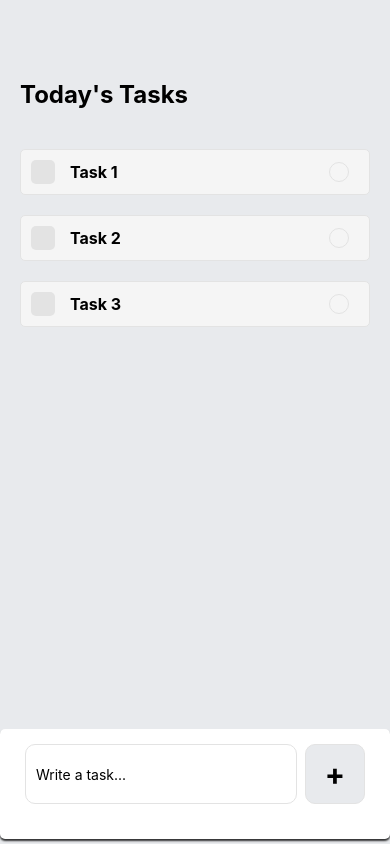
Repository: lomelo-x/ToDo-App
Screen: /
The author's editor kept a copy of each file at every save. The screen is drawn from the files as they stood at one save, then again after a run of saves.
The app was drawn by React Native's web renderer in a window 390 px wide. The project was rebuilt for these pictures with package versions that can differ from the ones it lists, and the page was loaded fresh each time.

Above is the screen before, as saved 2022-06-17 21:34:15.

### App.js
import { StatusBar } from 'expo-status-bar';
import { StyleSheet, Text, View, KeyboardAvoidingView, Platform, TextInput, TouchableOpacity } from 'react-native';
import Task from './components/Task';

export default function App() {
	return (
		<View style={styles.container}>
			<View style={styles.todoContainer}>
				<Text style={styles.sectionTitle}>Today's Tasks</Text>
				<View style={styles.itemsContainer}>
					<Task text={'Task 1'} />
					<Task text={'Task 2'}/>
					<Task text={'Task 3'}/>
				</View>
			</View>
			<KeyboardAvoidingView
			behavior={Platform.OS === 'ios' ? 'padding' : "height" }
			style={styles.writeTaskContainer}>
				<TextInput style={styles.writeTaskInput} placeholder="Write a task..." />
				<TouchableOpacity>
					<View style={styles.addTaskButton}>
						<Text style={styles.addTaskButtonText}>+</Text>
					</View>
				</TouchableOpacity>
			</KeyboardAvoidingView>
		</View>
	);
}

const styles = StyleSheet.create({
	container: {
		flex: 1,
		backgroundColor: '#E8EAED',
	},
	todoContainer: {
		paddingTop: 80,
		paddingHorizontal: 20,
	},
	sectionTitle: {
		fontSize: 24,
		fontWeight: 'bold',
		marginBottom: 20,
	},
	itemsContainer: {
		marginTop: 20,
	},
	writeTaskContainer: {
		position: 'absolute',
		bottom: 5,
		width: '100%',
		flexDirection: 'row',
		alignItems: 'center',
		justifyContent: 'space-between',
		paddingHorizontal: 25,
		paddingVertical: 15,
		backgroundColor: '#fff',
		borderRadius: 5,
		shadowColor: '#000',
		shadowOffset: { width: 0, height: 2 },
		shadowOpacity: 0.8,
		shadowRadius: 2,
		elevation: 1,
		marginTop: 20,
	},
writeTaskInput: {
		borderWidth: 1,
		borderColor: '#e3e3e3',
		borderRadius: 10,
		padding: 10,
		marginBottom: 20,
		width: '80%',
		height: 60,
	},
addTaskButton: {
		backgroundColor: '#E8EAED',
		borderRadius: 10,
		borderWidth: 1,
		borderColor: '#e3e3e3',
		marginBottom: 20,
		width: 60,
		height: 60,
		alignItems: 'center',
		justifyContent: 'center',
	},
addTaskButtonText: {
		fontSize: 30,
		textAlign: 'center',
		fontWeight: 'bold',
	},
});

### components/Task.js
import React from 'react';
import { View, Text, StyleSheet, TouchableOpacity } from 'react-native';

const Task = ({ text }) => {
	return (
		<View style={styles.taskContainer}>
			<View style={styles.taskLeft}>
				<TouchableOpacity style={styles.square}></TouchableOpacity>
				<Text style={styles.taskText}>{text}</Text>
			</View>
			<View style={styles.taskRight}></View>
		</View>
	);
};

const styles = StyleSheet.create({
	taskContainer: {
		backgroundColor: '#f5f5f5',
		padding: 10,
		marginBottom: 10,
		borderRadius: 5,
		borderWidth: 1,
		borderColor: '#e3e3e3',
		flexDirection: 'row',
		alignItems: 'center',
		justifyContent: 'space-between',
		marginBottom: 20,
	},
	taskText: {
		fontSize: 16,
		fontWeight: 'bold',
	},
	taskLeft: {
		flexDirection: 'row',
		alignItems: 'center',
		flexWrap: 'wrap',
		maxWidth: '80%',
	},
	taskRight: {
		width: 20,
		height: 20,
		borderRadius: 50,
		borderColor: '#e3e3e3',
		borderWidth: 1,
		marginRight: 10,
	},
	square: {
		width: 24,
		height: 24,
		backgroundColor: '#e3e3e3',
		borderRadius: 5,
		marginRight: 15,
	},
});

export default Task;

After the next 2 saves:
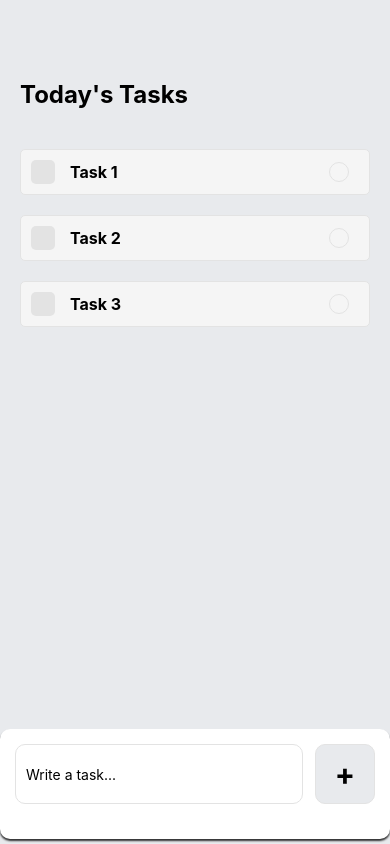
The 2 saves are shown as one change because they came seconds apart.
The last was saved 7 s later.
--- a/App.js
+++ b/App.js
@@ -51,10 +51,10 @@ const styles = StyleSheet.create({
 		flexDirection: 'row',
 		alignItems: 'center',
 		justifyContent: 'space-between',
-		paddingHorizontal: 25,
+		paddingHorizontal: 15,
 		paddingVertical: 15,
 		backgroundColor: '#fff',
-		borderRadius: 5,
+		borderRadius: 10,
 		shadowColor: '#000',
 		shadowOffset: { width: 0, height: 2 },
 		shadowOpacity: 0.8,
